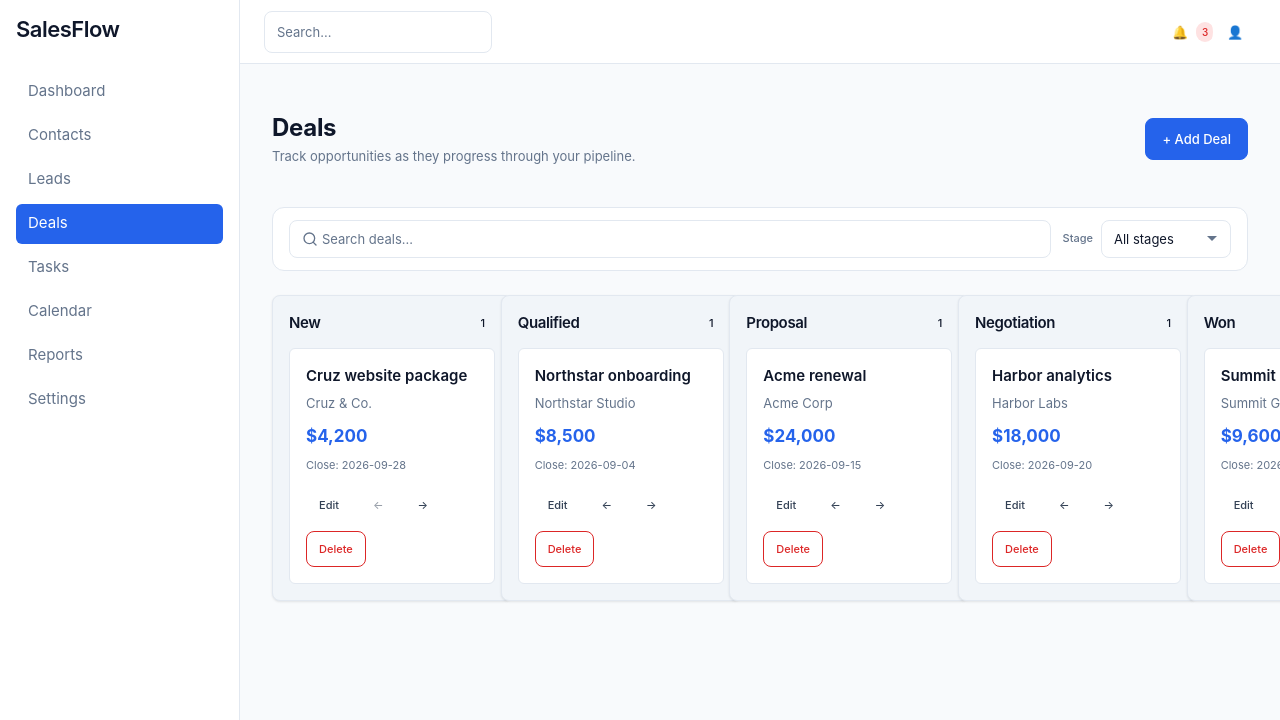
Repository: lawrencegonzaga-dev/salesflow-crm
Page: /deals
The author's editor kept a copy of each file at every save. The page is drawn from the files as they stood at one save, then again after the next save.
The browser window is 1280 px wide. The pictures show the whole page.
The project was rebuilt for these pictures with package versions that can differ from the ones it lists, and the page was loaded fresh each time. Also part of the build but not shown: vite.config.js, src/components/StatCard.jsx, src/components/DashboardLeads.jsx, src/components/DashboardDeals.jsx, src/components/DashboardTasks.jsx, src/components/RecentActivity.jsx, src/pages/Dashboard.jsx, src/components/ContactForm.jsx and 25 more.

Above is the page before, as saved 2026-08-18 00:18:32.

After the next save:
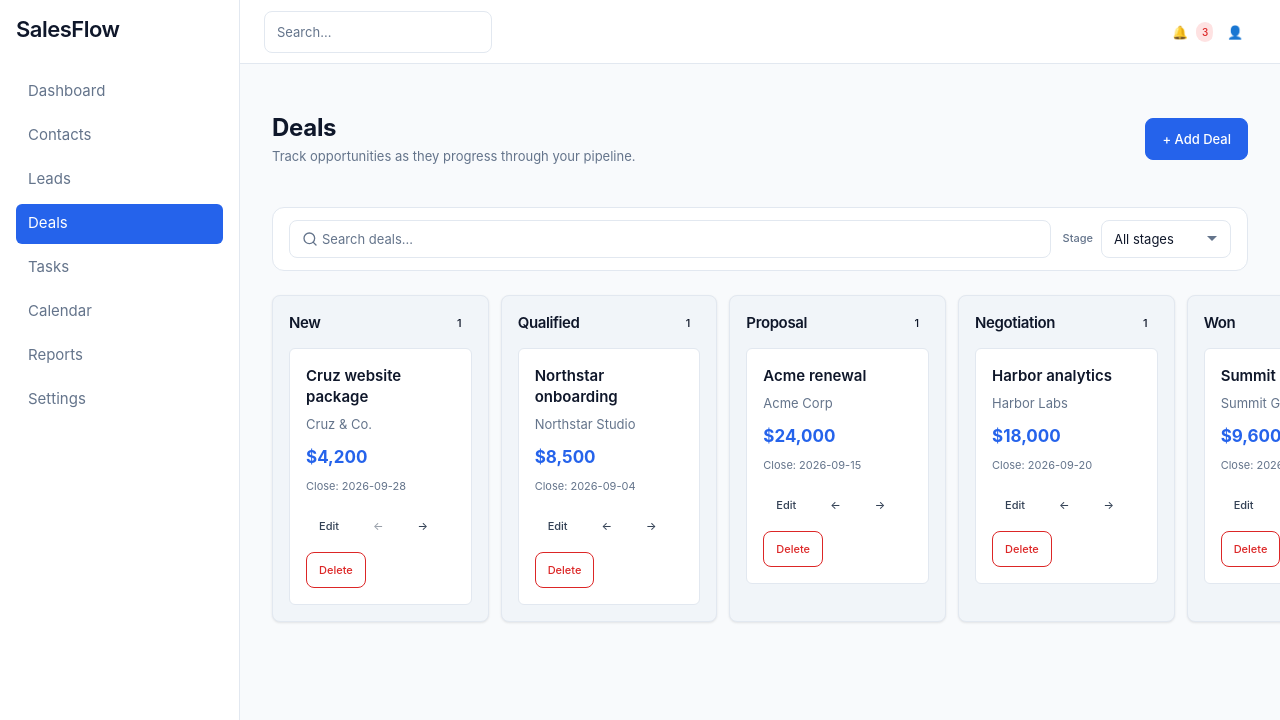
Saved 27 s later.
--- a/src/styles/components/kanban.css
+++ b/src/styles/components/kanban.css
@@ -16,7 +16,7 @@
 }
 
 .kanban-column {
-  min-width: 240px;
+  min-width: 0px;
   padding: 16px;
 
   background: var(--color-surface-muted);
